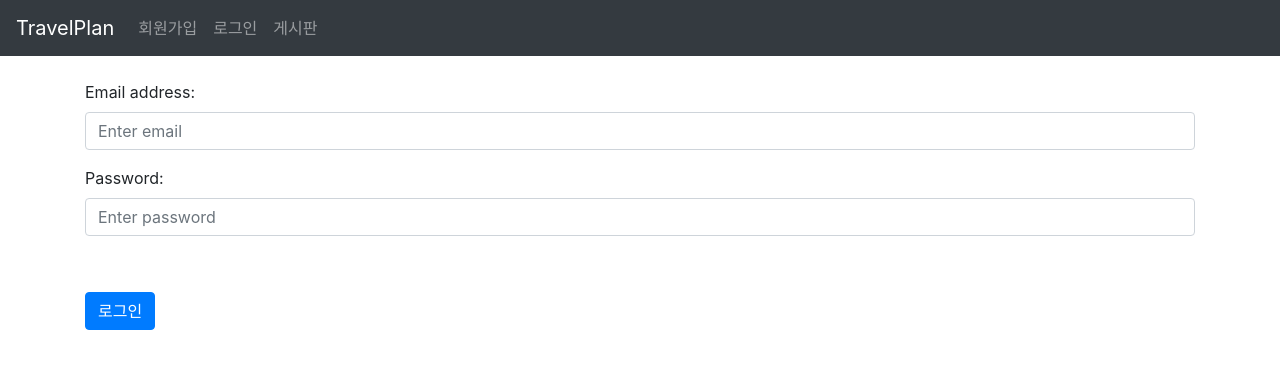
Repository: sna145815/Travel_v1
Page: http://localhost/Travel_v1/login
The author's editor kept a copy of each file at every save. The page is drawn from the files as they stood at one save, then again after the next save.
The browser window is 1280 px wide. The pictures show the whole page.
The page is served by Tomcat 9.

Above is the page before, as saved 2022-10-24 15:08:37.

After the next save:
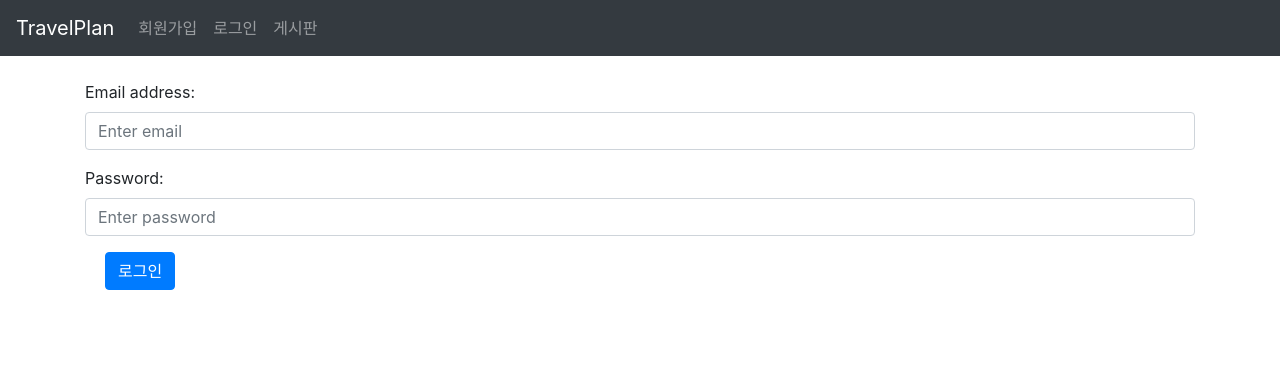
Saved 15 s later.
--- a/Travel_v1/src/main/webapp/WEB-INF/view/loginpage.jsp
+++ b/Travel_v1/src/main/webapp/WEB-INF/view/loginpage.jsp
@@ -15,10 +15,10 @@
   </div>
   <div class="form-group form-check">
     <label class="form-check-label">
-
+     <button type="submit" class="btn btn-primary">로그인</button>
     </label>
   </div>
-  <button type="submit" class="btn btn-primary">로그인</button>
+
 </form>
 </div>
 
